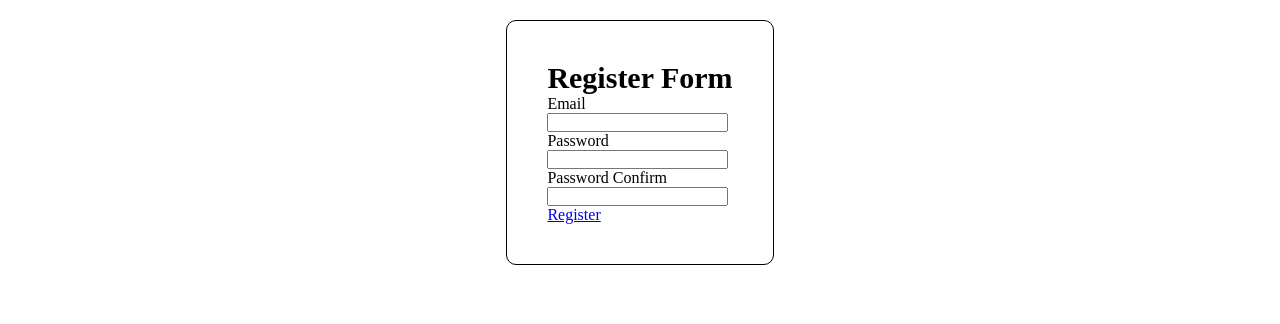
Repository: nptg3105/Register-form
Page: index.html
The author's editor kept a copy of each file at every save. The page is drawn from the files as they stood at one save, then again after the next save.
The browser window is 1280 px wide. The pictures show the whole page.
Some web libraries are served in a nearby version.

Above is the page before, as saved 2022-01-05 21:49:16.

After the next save:
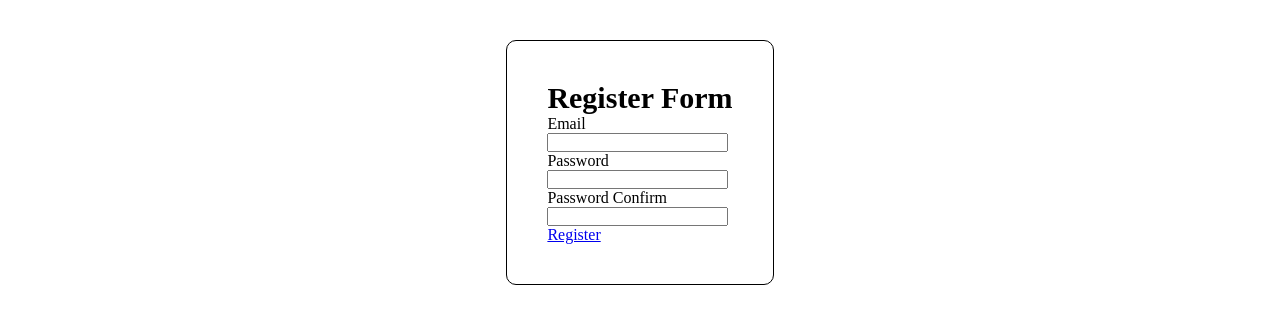
Saved 7 s later.
--- a/style.css
+++ b/style.css
@@ -6,11 +6,10 @@
 .register {
   background-color: #fff;
   max-width: max-content;
-  margin: 0 auto;
+  margin: 40px auto;
   padding: 40px;
   border: 1px solid #000;
   border-radius: 10px;
-  margin-top: 20px;
 }
 .title {
   text-align: center;
